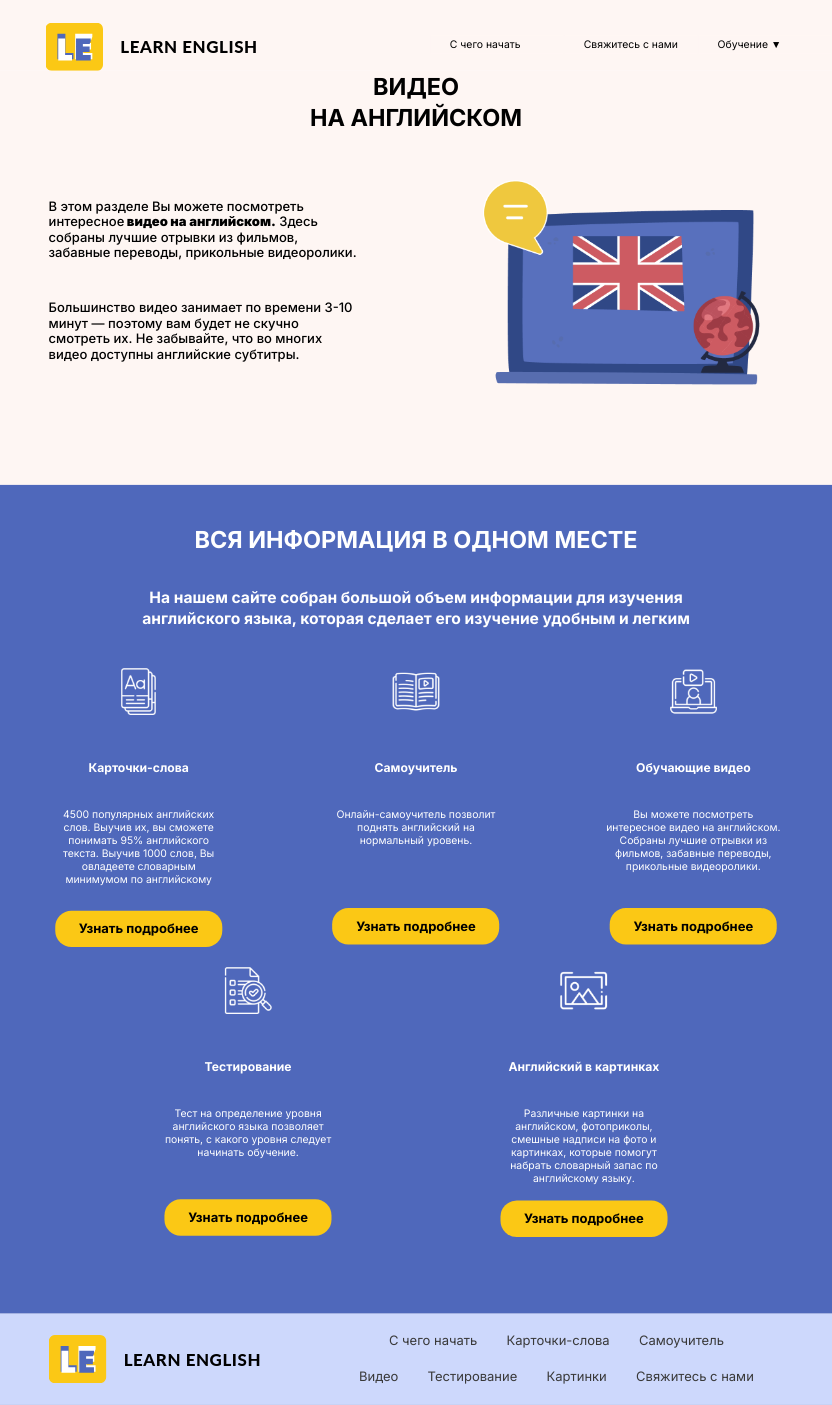
Repository: WladimirVA/Diplom
Page: scool/video.html
The author's editor kept a copy of each file at every save. The page is drawn from the files as they stood at one save, then again after the next save.
The browser window is 1280 px wide. The pictures show the whole page, at 65% of full size.

Above is the page before, as saved 2023-07-20 11:40:02.

### scool/video.html
<!DOCTYPE html>
<html lang="en">
<head>
    <meta charset="UTF-8">
    <meta name="viewport" content="width=device-width, initial-scale=1.0">
    <link href="./css/index.css" rel="stylesheet" type="text/css">
    <link rel="stylesheet" href="./css/video.css" type="text/css">
    <link href="../static/css/fonts.css" rel="stylesheet" type="text/css">
    <link rel="icon" sizes="16x16" href="./img/Vector.svg" type="image/x-icon">
    <title>Learn english</title>
</head>
<body>
    <header class="header" di="HOME">
        <div class="section">
            <div class="section-header">
                <div class="logo">
                    <img src="./img/Vector.svg">
                    <p>Learn english</p>
                </div>
                <div>

                    <ul class="ddropdownn">
                        <li class="ddropdownn-top">
                        <a class="ddropdownn-top" href="./index.html">С чего начать</a>
                        </li>
                        <li class="ddropdownn-top">
                            <a class="ddropdownn-top" href="mailto:dyadichenko_va@mail.ru">Свяжитесь с нами</a>
                        </li>
                        <li class="ddropdownn-top">
                        <a class="ddropdownn-top" href="#">Обучение &#9660;</a>
                            <ul class="ddropdownn-inside">
                                <li><a href="#">Карточки-слова</a></li>
                                <li><a href="#">Самоучитель</a></li>
                                <li><a href="#">Видео</a></li>
                                <li><a href="#">Тестирование</a></li>
                                <li><a href="#">Картинки</a></li>
                            </ul>
                        </li>

                    </ul>
                </div>
            </div>
        </div>
    </header>
    <main>
        <section class="TUTORIAL">
            <div class="section">
                <h1 class="tutorial-h1">видео <br>на английском</h1>
                <div class="content-tutorial">
                    <div class="tutorial-inf">
                        <p>В этом разделе Вы можете посмотреть интересное<span  style="font-weight:900"> видео на английском.</span> Здесь собраны лучшие отрывки из фильмов, забавные переводы, прикольные видеоролики.</p>
                        <p class="tutorial-p">Большинство видео занимает по времени 3-10 минут — поэтому вам будет не скучно смотреть их. Не забывайте, что во многих видео доступны английские субтитры.</p>
                    </div>
                    <div class="tutorial-img">
                        <img src="./img/Frame.png" alt="foto">
                    </div>
                </div>
            </div>
        </section>
        <section class="INFORMATION">
            <div class="section">
                <div class="content-information">
                    <div class="information-text">
                        <h1>Вся информация в одном месте</h1>
                        <p>На нашем сайте собран большой объем информации для изучения <br> английского языка, которая сделает его изучение удобным и легким</p>
                    </div>
                </div>
                <div class="information">
                    <div class="information1">
                        <div class="a">
                            <img src="./img/Mask group.png" alt="foto">
                            <h3>Карточки-слова</h3>
                            <p>4500 популярных английских слов. Выучив их, вы сможете понимать 95% английского текста. Выучив 1000 слов,
                                Вы овладеете словарным минимумом по английскому</p>
                            <form class="buttton-inf1" action="#" method="post">
                                <button class="button_home">Узнать подробнее</button>
                            </form>
                        </div>
                        <div class="b">
                            <img src="./img/Mask group2.png" alt="foto">
                            <h3>Самоучитель</h3>
                            <p>Онлайн-самоучитель позволит поднять английский на нормальный уровень.</p>
                            <form class="buttton-inf2" action="lesson.html" method="post">
                                <button class="button_home">Узнать подробнее</button>
                            </form>
                        </div>
                        <div class="c">
                            <img src="./img/Mask group3.png" alt="foto">
                            <h3>Обучающие видео</h3>
                            <p>Вы можете посмотреть интересное видео на английском. Собраны лучшие отрывки из фильмов, забавные переводы, прикольные видеоролики.</p>
                            <form class="buttton-inf3" action="video.html" method="post">
                                <button class="button_home">Узнать подробнее</button>
                            </form>
                        </div>
                    </div>
                    <div class="information2">
                        <div class="d">
                            <img src="./img/Mask group4.png" alt="foto">
                            <h3>Тестирование</h3>
                            <p>Тест на определение уровня английского языка позволяет понять, с какого уровня следует начинать обучение.</p>
                            <form class="buttton-inf4" action="#" method="post">
                                <button class="button_home">Узнать подробнее</button>
                            </form>
                        </div>
                        <div class="e">
                            <img src="./img/Mask group5.png" alt="foto">
                            <h3>Английский в картинках</h3>
                            <p>Различные картинки на английском, фотоприколы, смешные надписи на фото и картинках, которые помогут набрать словарный запас по английскому языку.</p>
                            <form class="buttton-inf5" action="#" method="post">
                                <button class="button_home">Узнать подробнее</button>
                            </form>
                        </div>
                    </div>
                </div>
            </div>
        </section>
    </main>
    <footer class="FOOTER">
        <div class="section">
            <div class="section-footer">
                <div class="logo">
                    <img src="./img/Vector.svg">
                    <p>Learn english</p>
                </div>
                <div class="ddropdownn-footer">
                    <div class="ddropdownn-menu">
                        <ul class="ddropdownn1">
                            <li><a href="./index.html">С чего начать</a></li>
                            <!-- <li><a href="#">Обучение</a></li> -->
                            <li><a href="#">Карточки-слова</a></li>
                            <li><a href="#">Самоучитель</a></li>
                        </ul>
                    </div>
                    <div class="ddropdownn-menu">
                        <ul class="ddropdownn2">
                            <li><a href="#">Видео</a></li>
                            <li><a href="#">Тестирование</a></li>
                            <li><a href="#">Картинки</a></li>
                            <li><a class="link" href="mailto:dyadichenko_va@mail.ru">Свяжитесь с нами</a></li>
                        </ul>
                    </div>
                </div>
            </div>
        </div>
    </footer>
</body>
</html>

### scool/css/index.css
body {
    scroll-behavior: smooth;
    align-items: center;
    width: 100%;
    max-width: 1366px;
    margin: auto;
    font-family: 'Inter', 'Work Sans', "NunitoSans-Light", Arial, Helvetica, sans-serif;
}
* {
    margin: 0;
    padding: 0;
}

.logo {
    display: flex;
    align-items: center;
}

.logo p {
    font-family: Lato;
    font-size: 26px;
    font-weight: 800;
    line-height: 48px;
    letter-spacing: 0.035em;
    text-align: left;
    text-transform: uppercase;
    padding-left: 1em;
}

/* Стили выпадающего списка */
ul.ddropdownn li {/* Считаем координаты относительно исходного места. */
    position: relative; }
ul.ddropdownn, ul.ddropdownn-inside {
    /* Отступы на нуле. */
    padding: 0;
    /* Маркеры уберем. */
    list-style-type: none;
    }
ul.ddropdownn-inside {
    /* Спрячем дочерние элементы выпадающего списка. */
    left: -9999px;
    position: absolute;
    }
ul.ddropdownn li.ddropdownn-top {
    /* Небольшой отступ. */
    margin: 20px 1px 0 0;
    /* Выравнивание по левой стороне. */
    float: left;
    display: inline;
    }
ul.ddropdownn li.ddropdownn-top a {
    /* Делаю элементы блочными. */
    display: block;
    /* Снова отступы. */
    padding: 3px 30px 4px;
    text-decoration: none;
    color: black;
    font-family: Inter;
    width: 145px;
    }
ul.ddropdownn a.ddropdownn-top {/* Цвет фона. */ background: #FEF6F3; } */
ul.ddropdownn a.ddropdownn-top:hover {/* Отступы. */ padding: 13px 20px 4px; }
ul.ddropdownn li.ddropdownn-top:hover .ddropdownn-inside {
    left: 0;
    /* Делаю элементы блочными. */
    display: block;
    }
ul.ddropdownn .ddropdownn-inside {/* Цвет фона. */ background: #FEF6F3; }
ul.ddropdownn .ddropdownn-inside a:hover {/* Цвет фона изменится при наведении. */
    background: #FEF6F3; }


@media screen and (max-width: 745px) {
    .header-nav {
        display: block;
        padding-top: 0px;
    }
}


.section-header {
    display: flex;
    justify-content: space-between;
    background-color: #FEF6F3;
    padding: 35px 0px 0 70px;

}

.BEGINNES {
    background: #FEF6F3;
}

.content-beginners {
    display: flex;
    justify-content: space-between;
}

.beginners-inf {
    padding: 50px 0 0 70px;
}

.beginners-inf h1 {
    font-family: Inter;
    font-size: 44px;
    font-weight: 700;
    line-height: 48px;
    letter-spacing: -0.08em;
    text-align: left;
    text-transform: uppercase;
    letter-spacing: 0.035em;
}

.beginners-img img {
    width: 100%;
    height: auto;
}

.beginners-inf p {
    margin-top: 50px;
}

.content-beginners {
    font-family: Inter;
    font-size: 22px;
    font-weight: 700;
    line-height: 24px;
    letter-spacing: 0em;
    text-align: left;

    font-family: Inter;
    font-size: 22px;
    font-weight: 500;
    line-height: 24px;
    letter-spacing: 0em;
    text-align: left;

    font-family: Inter;
    font-size: 20px;
    font-weight: 500;
    line-height: 24px;
    letter-spacing: 0em;
    text-align: left;
}

.home_ul {
    list-style-type: none;
    padding: 20px 0 20px 0;
}

.check {
    margin-left: 15px;
}

.button_home {
    font-family: Inter;
    font-size: 20px;
    font-weight: 700;
    line-height: 24px;
    letter-spacing: 0em;
    text-align: center;
    background:#FBC815;
    border-style: none;
    border-radius: 25px;
    width: 257px;
    height: 56px;
}

.LEARNING {
    background: #FDE4D3;
}

.learning {
    display: flex;
    justify-content: space-evenly;
}

.img-learning img {
    width: 100%;
    height: auto;
}

.content-learning h1 {
    text-align: center;
    text-transform: uppercase;
    font-family: Inter;
    font-size: 36px;
    font-weight: 700;
    line-height: 48px;
    letter-spacing: 0em;
    text-align: center;
    padding-top: 65px;

}

.popular {
    margin-left: 20px;
}

.learning-text {
    max-width: 550px;
    margin-top: 50px;
}

.learning-text p {
    font-family: Inter;
    font-size: 20px;
    font-weight: 500;
    line-height: 24px;
    letter-spacing: 0em;
    text-align: left;
}

.learning-text-img {
    margin-top: 60px;
}

.learning-text-img p {
    margin: -38px 0 0 20px;
}

.INFORMATION {
    background: #4F68BB;
    height: 1275px;
}

.information-text {
    text-align: center;
    color: #FFFFFF;
    /* max-width: 932px; */
}


.content-information h1 {
    font-family: Inter;
    font-size: 36px;
    font-weight: 700;
    line-height: 48px;
    letter-spacing: 0em;
    text-align: center;
    text-transform: uppercase;
    padding: 60px 0 50px 0;
}

.content-information p {
    font-family: Inter;
    font-size: 24px;
    font-weight: 700;
    line-height: 32px;
    letter-spacing: 0em;
    text-align: center;
}


.information1 {
    color: #FFFFFF;
    height: 400px;
    text-align: center;
    display: flex;
    justify-content: space-around;
    margin: 60px 0 0 0;
}

.information1 p {
    max-width: 270px;
}

.information1 h3 {
    padding: 65px 0 50px 0;
}

.information2 {
    color: #FFFFFF;
    height: 400px;
    text-align: center;
    margin: 60px 0 0 0;
    display: flex;
    justify-content: space-evenly;
}

.information2 p {
    max-width: 270px;
}
.information2 h3 {
    padding: 65px 0 50px 0;
}

.buttton-inf1 {
    margin-top: 39px;
}
.buttton-inf2 {
    margin-top: 95px;
}
.buttton-inf3 {
    margin-top: 55px;
}
.buttton-inf4 {
    padding-top: 63px;
}
.buttton-inf5 {
    padding-top: 25px;
}

.TRANING {
    background:rgba(251, 205, 166, 1);
    height: 345px;
}

.training {
    display: flex;
    align-items: center;
    justify-content: space-evenly;
}

.training-inf {
    display: block;
    text-align: center;
}

.training-inf p {
    font-family: Inter;
    font-size: 36px;
    font-weight: 700;
    line-height: 48px;
    letter-spacing: 0em;
    text-align: center;
}

.buttton-training1 {
    padding-top: 45px;
}

.buttton-training {
    color: #FFFFFF;
    font-family: Inter;
    font-size: 20px;
    font-weight: 700;
    line-height: 24px;
    letter-spacing: 0em;
    text-align: center;
   background: rgba(240, 63, 90, 1);
}

.training-img {
    margin-top: -60px;
}

.FOOTER {
    background:rgba(205, 216, 252, 1);
    height: 140px;
    align-items: center;
    display: grid;
    justify-items: stretch;
}

.section-footer {
    display: flex;
    justify-content: space-around
}

.ddropdownn-footer {
    display: flex;
    flex-direction: column;
    align-items: center;
}

.ddropdownn-menu {
    display: flex;
}

.ddropdownn1, .ddropdownn2 {
    display: flex;
    font-family: Inter;
    font-size: 20px;
    font-weight: 400;
    line-height: 16px;
    letter-spacing: 0em;
    text-align: left;
    list-style-type:none;

}

.ddropdownn2 {
    margin: 40px 0 0 0;
}

.ddropdownn-footer li{
    padding: 0 45px 0 0;
}

.ddropdownn-footer a {
    text-decoration: none;
    color: rgba(57, 57, 57, 1);
    ;
}

### scool/css/video.css
.TUTORIAL {
    background: rgba(254, 246, 243, 1);
}

h1 {
    text-align: center;
    font-family: Inter;
    font-size: 36px;
    font-weight: 700;
    line-height: 48px;
    letter-spacing: 0em;
    text-align: center;
    text-transform: uppercase;
}

.content-tutorial {
    display: flex;
    justify-content: space-around;
    padding: 60px 0 150px 0;
}

.tutorial-inf {
    max-width: 475px;
    font-family: Inter;
    font-size: 20px;
    font-weight: 500;
    line-height: 24px;
    letter-spacing: 0em;
    text-align: left;
    margin: 40px 0 0 0;

}

.tutorial-p {
    margin: 60px 0 0 0;
}

.CATEGORIES {
    background: rgba(253, 228, 211, 1);
}

### static/css/fonts.css
/* @import url('https://fonts.googleapis.com/css2?family=Work+Sans:ital,wght@0,600;0,800;1,800&display=swap'); */


/* @import url('https://fonts.googleapis.com/css2?family=Inter:wght@400;500;600;700;800&family=Work+Sans:ital,wght@0,600;0,800;1,800&display=swap'); */


@import url('https://fonts.googleapis.com/css2?family=Inter:wght@100;200;300;400;500;600;700;800;900&display=swap');

@import url('https://fonts.googleapis.com/css2?family=Inter:wght@100;200;300;400;500;600;700;800;900&family=Work+Sans:ital,wght@0,100;0,200;0,300;0,400;0,500;0,600;0,700;0,800;0,900;1,100;1,200;1,300;1,400;1,500;1,600;1,700;1,800;1,900&display=swap');

After the next save:
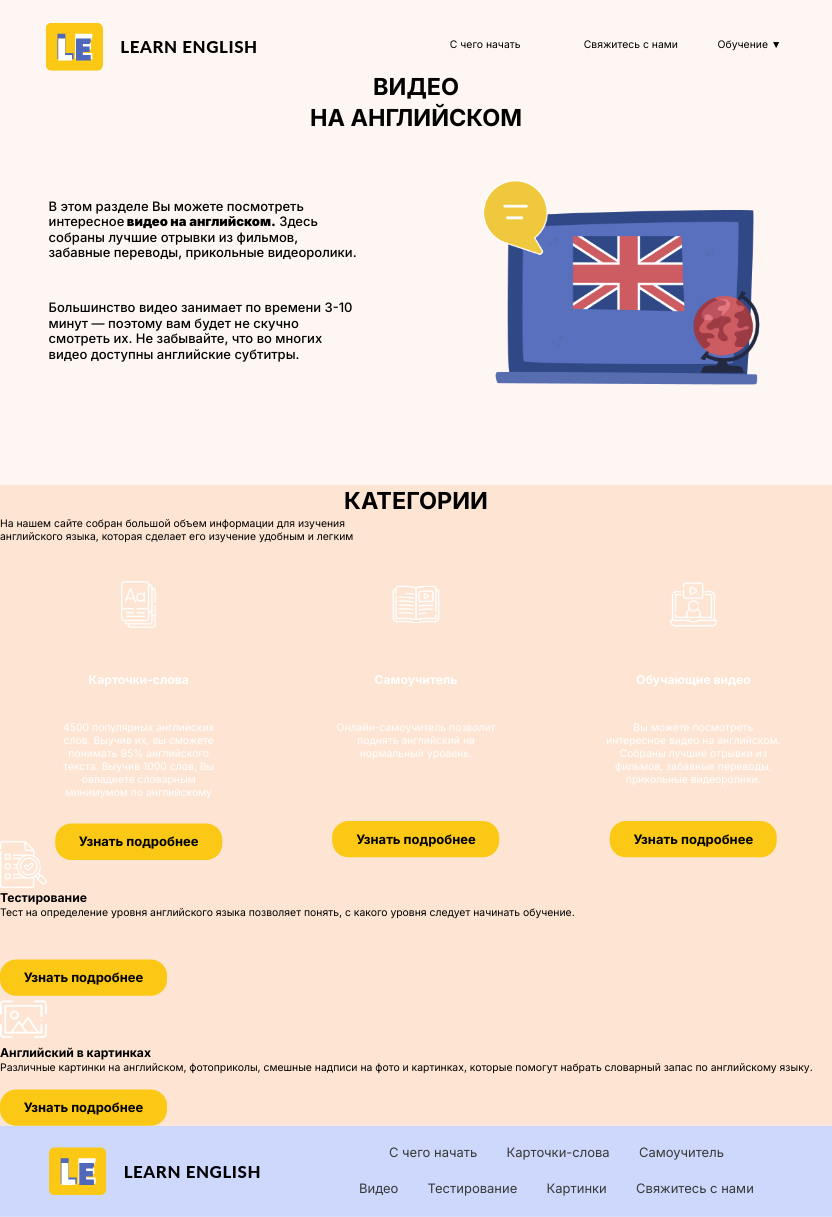
Saved 1 s later.
--- a/scool/video.html
+++ b/scool/video.html
@@ -57,15 +57,15 @@
                 </div>
             </div>
         </section>
-        <section class="INFORMATION">
+        <section class="CATEGORIES">
             <div class="section">
-                <div class="content-information">
-                    <div class="information-text">
-                        <h1>Вся информация в одном месте</h1>
+                <div class="content-categories">
+                    <div class="categories-text">
+                        <h1>Категории</h1>
                         <p>На нашем сайте собран большой объем информации для изучения <br> английского языка, которая сделает его изучение удобным и легким</p>
                     </div>
                 </div>
-                <div class="information">
+                <div class="categories">
                     <div class="information1">
                         <div class="a">
                             <img src="./img/Mask group.png" alt="foto">
@@ -93,7 +93,7 @@
                             </form>
                         </div>
                     </div>
-                    <div class="information2">
+                    <div class="categories2">
                         <div class="d">
                             <img src="./img/Mask group4.png" alt="foto">
                             <h3>Тестирование</h3>
